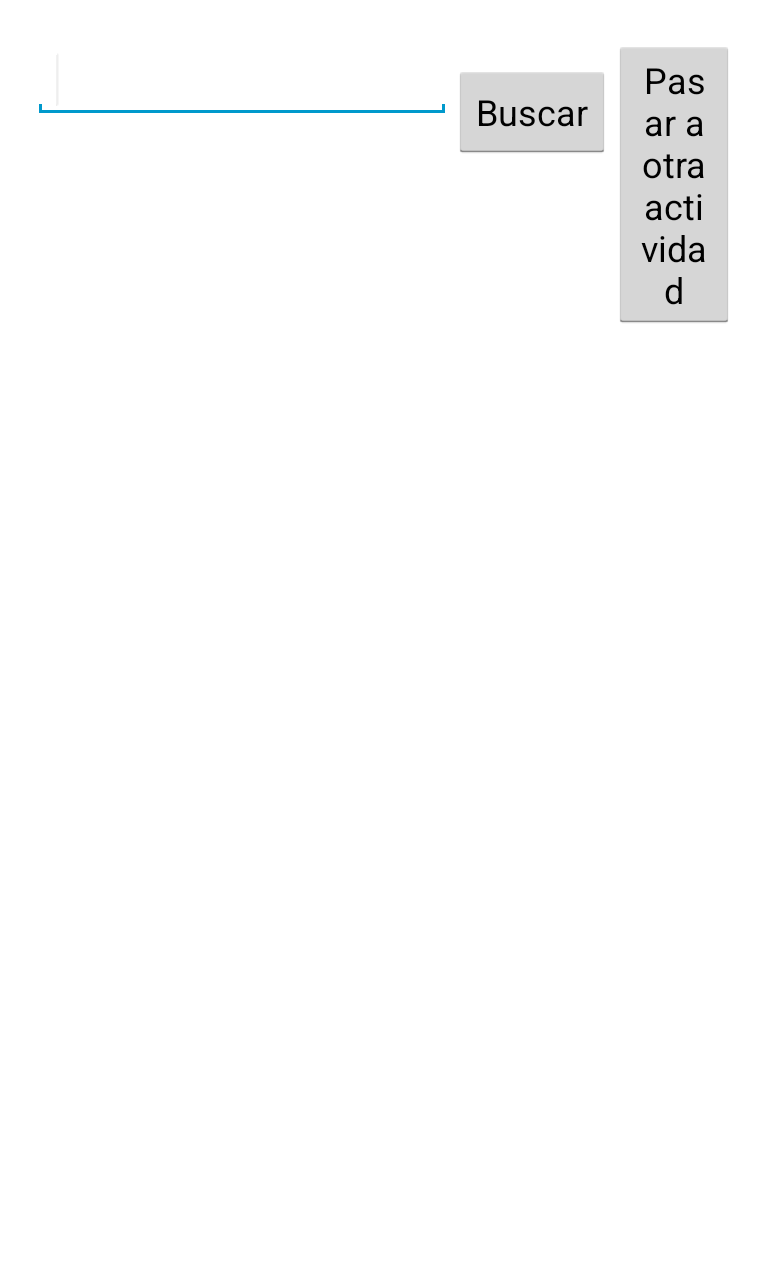
Repository: sstevenmr/SP-Galileo
Layout: Demo/res/layout/activity_main.xml
An editor plug-in stored every save of this project. The layout is shown before and after the next save, followed by the edit.
It is drawn on a 768 x 1280 px phone screen (xhdpi) without system bars, with theme AppTheme; the app's code is not run.

Above is the layout before, as saved 2014-01-24 04:58:05.

After the next save:
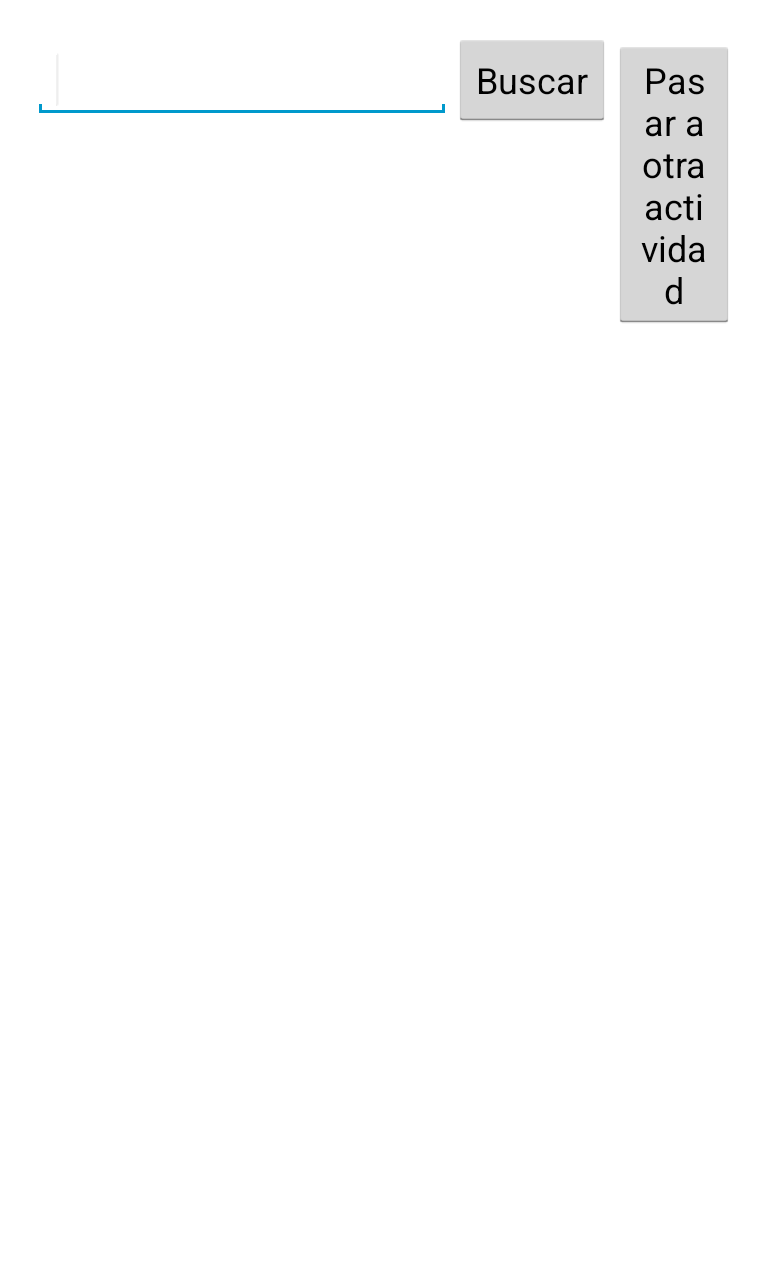
Saved 41 s later.
--- a/Demo/res/layout/activity_main.xml
+++ b/Demo/res/layout/activity_main.xml
@@ -12,8 +12,6 @@
         android:id="@+id/editTextSearchQuery"
         android:layout_width="wrap_content"
         android:layout_height="wrap_content"
-        android:layout_alignParentLeft="true"
-        android:layout_alignParentTop="true"
         android:inputType="text"
         android:ems="10" >
 
@@ -24,18 +22,12 @@
         android:id="@+id/btnSearch"
         android:layout_width="wrap_content"
         android:layout_height="wrap_content"
-        android:layout_alignLeft="@+id/editTextSearchQuery"
-        android:layout_below="@+id/editTextSearchQuery"
-        android:layout_marginTop="16dp"
         android:text="@string/btn_Search" />
 
     <Button
         android:id="@+id/btnOpenActivity"
         android:layout_width="wrap_content"
         android:layout_height="wrap_content"
-        android:layout_alignBaseline="@+id/btnSearch"
-        android:layout_alignBottom="@+id/btnSearch"
-        android:layout_toRightOf="@+id/btnSearch"
         android:text="@string/btn_open_activity" />
 
 </LinearLayout>
